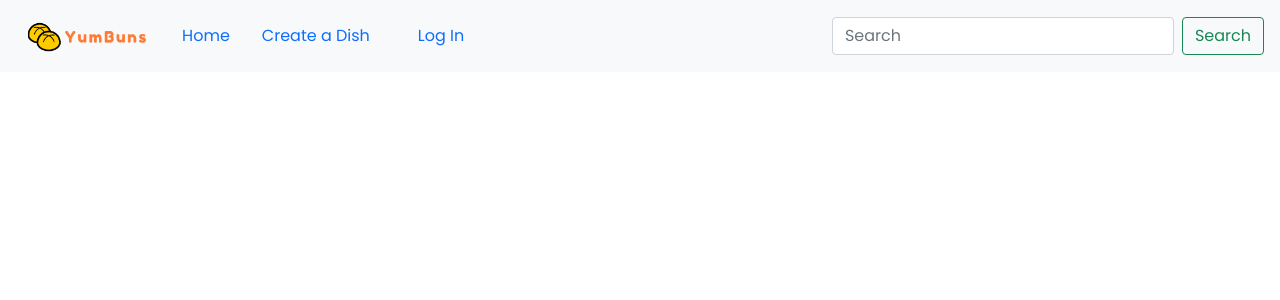
Repository: mottad14/yumBuns
Page: /login (app in client/)
These files come from the project's save history. The page is drawn as it stood at one moment and after the next save; the edit follows.
The browser window is 1280 px wide. The pictures show the whole page.
Some web fonts or font styles are not loaded; a fallback is used. The project was rebuilt for these pictures with package versions that can differ from the ones it lists, and the page was loaded fresh each time. Also part of the build but not shown: client/src/components/RecipePreview.js, client/src/views/Main.js, client/src/views/Create.js, client/src/views/Recipe.js, client/src/components/SubscribePop.css, client/src/components/SignUp.jsx, client/src/components/SubscribePop.js.

Above is the page before, as saved 2022-07-29 10:25:23.

### client/public/index.html
<!DOCTYPE html>
<html lang="en">
  <head>
    <meta charset="utf-8" />
    <link rel="icon" href="%PUBLIC_URL%/favicon.ico" />
    <meta name="viewport" content="width=device-width, initial-scale=1" />
    <meta name="theme-color" content="#000000" />
    <meta
      name="description"
      content="Web site created using create-react-app"
    />
    <!--
      Notice the use of %PUBLIC_URL% in the tags above.
      It will be replaced with the URL of the `public` folder during the build.
      Only files inside the `public` folder can be referenced from the HTML.

      Unlike "/favicon.ico" or "favicon.ico", "%PUBLIC_URL%/favicon.ico" will
      work correctly both with client-side routing and a non-root public URL.
      Learn how to configure a non-root public URL by running `npm run build`.
    -->
    <title>Yumbuns</title>
  </head>
  <body>
    <noscript>You need to enable JavaScript to run this app.</noscript>
    <div id="root"></div>
    <!--
      This HTML file is a template.
      If you open it directly in the browser, you will see an empty page.

      You can add webfonts, meta tags, or analytics to this file.
      The build step will place the bundled scripts into the <body> tag.

      To begin the development, run `npm start` or `yarn start`.
      To create a production bundle, use `npm run build` or `yarn build`.
    -->
  </body>
</html>

### client/src/index.js
import React from 'react';
import ReactDOM from 'react-dom';
import './index.css';
import App from './App';
import reportWebVitals from './reportWebVitals';
import {BrowserRouter} from "react-router-dom";

ReactDOM.render(
    <React.StrictMode>
      <BrowserRouter>
            <App />
      </BrowserRouter>
    </React.StrictMode>,
    document.getElementById('root')
);



// If you want to start measuring performance in your app, pass a function
// to log results (for example: reportWebVitals(console.log))
// or send to an analytics endpoint. Learn more: https://bit.ly/CRA-vitals
reportWebVitals();

### client/src/App.js
import React from 'react';
import 'bootstrap/dist/css/bootstrap.min.css';
import {Switch, Route} from "react-router-dom";
import './App.css';
import NavBar from './components/NavBar';
import Main from './views/Main';
import Create from './views/Create';
import Recipe from './views/Recipe';
import SubscribePop from './components/SubscribePop';
import {useState, useEffect} from 'react'
import { AuthContextProvider } from "./contexts/AuthContext";


function App() {
  const [buttonPopup, setButtonPopup] = useState(false);
  const [timedPopup, setTimedPopup] = useState (false);

  useEffect(() => {
    setTimeout(() => {
      setTimedPopup(true)
    }, 45000)
  }, [])


  return (

    <div className="App">
      <div className="">
          <NavBar/>
          <AuthContextProvider>
              <Switch>
                <Route exact path="/">
                  <Main/>
                </Route>

                <Route path="/view/single/:_id">
                  <Recipe/>
                </Route>

                <Route exact path="/create">
                  <Create/>
                </Route>
              </Switch>

              <SubscribePop trigger={buttonPopup} setTrigger={setButtonPopup}>
                <h3>This is my Pop Up</h3>
              </SubscribePop>

              <SubscribePop trigger={timedPopup} setTrigger={setTimedPopup}>
              </SubscribePop>
          </AuthContextProvider>


       </div>
    </div>
  );
}

export default App;

### client/src/App.css
@import url('https://fonts.googleapis.com/css2?family=BIZ+UDGothic&family=Poppins&display=swap');

.App {
  font-family: 'BIZ UDGothic', sans-serif;
  font-family: 'Poppins', sans-serif;
  z-index: 1;
  text-align: center;
}

.recipePreview{
  border: 3px solid rgb(177, 177, 177);
  min-height: 300px;
  width: 250px;
  background-color: rgb(254, 194, 10);
  border-left-style: dotted;
  border-right-style: dotted;
  border-radius: 10%;

}

.recipePreview > img{
  width: 95%;
  border-radius: 10%;
}
.recipePreview >div{
  align-items: center;

}

.Logo{
  margin-left: 10px;
  height: 30px;
}

.sticky{
  position: sticky;
  top: 0;
  z-index: 999;
  background-color: rgb(254, 194, 10);
  border: 2px solid black;
  border-radius: 25px;
}

.thumbnailBox > img{
  height: 40px;
}

.thumbnailBox > img:hover{
  height: 125px;
}

### client/src/components/NavBar.js
import React from "react";
import { Link } from "react-router-dom"
import Nav from 'react-bootstrap/Nav';
import YumBuns from "../imgs/YumBunsLogo.png"

const NavBar = (props) => {
    return(
            <nav className="navbar navbar-expand-lg bg-light mb-3">
                <Link className="navbar-brand mx-3" to="/">  <img className="Logo" src={YumBuns} alt="Logo" /> </Link>

                <div className="collapse navbar-collapse" id="navbarSupportedContent">
                <ul className="navbar-nav me-auto mb-2 mb-lg-0">
                    <li className="nav-item">
                    <Nav.Link> <Link className="nav-link active" aria-current="page" to="/">Home</Link> </Nav.Link>
                    </li>
                    <li className="nav-item">
                    <Nav.Link> <Link className="nav-link" to="/create">Create a Dish</Link> </Nav.Link>
                    </li>
                    <li className="nav-item">
                    <Nav.Link> <Link className="nav-link d-flex mx-3" to="/login"> Log In</Link> </Nav.Link>
                    </li>
                </ul>
                <form className="d-flex mx-3" role="search">
                    <input className="form-control me-2" type="search" placeholder="Search" aria-label="Search" />
                    <button className="btn btn-outline-success" type="submit">Search</button>
                </form>
            </div>
            </nav>
    )
}

export default NavBar;

### client/src/contexts/AuthContext.js
import { createContext, useContext, useEffect, useState } from "react";
import {createUserWithEmailAndPassword,
    signInWithEmailAndPassword,
    signOut,
    onAuthStateChanged}
    from "firebase/auth"
import { auth } from "../firebase";

const UserContext = createContext();

export const AuthContextProvider = ({children}) => {
    const [user, setUser] = useState({})

    const createUser = (email, password) => {
        return (createUserWithEmailAndPassword(auth, email, password))
    }

    const signIn = (email, password) => {
        return signInWithEmailAndPassword(auth, email, password)
    }

    const logout = () =>{
        return signOut(auth);
    }

    useEffect (() => {
        const unsubscribe = onAuthStateChanged(auth, (currentUser) => {
            console.log(currentUser)
            setUser(currentUser)
        })
        return (() => {
            unsubscribe()
        })
    }, [])

    return (
        <UserContext.Provider value={{ createUser, user, signIn, logout }}>
            {children}
        </UserContext.Provider>
    )
}

export const UserAuth = () =>{
    return useContext(UserContext)
}

### client/src/firebase.js
// Import the functions you need from the SDKs you need
import { initializeApp } from "firebase/app";
import { getAuth } from "firebase/auth";
// TODO: Add SDKs for Firebase products that you want to use
// https://firebase.google.com/docs/web/setup#available-libraries

// Your web app's Firebase configuration
console.log(`The current api key is: ${process.env.REACT_APP_FIREBASE_API_KEY}`)
const firebaseConfig = {
  apiKey: process.env.REACT_APP_FIREBASE_API_KEY,
  authDomain: process.env.REACT_APP_FIREBASE_AUTH_DOMAIN,
  projectId: process.env.REACT_APP_FIREBASE_PROJECT_ID,
  storageBucket: process.env.REACT_APP_FIREBASE_STORAGE_BUCKET,
  messagingSenderId: process.env.REACT_APP_FIREBASE_MESSAGING_SENDER_ID,
  appId: process.env.REACT_APP_FIREBASE_APP_ID,
  measurementId: process.env.REACT_APP_FIREBASE_MEASUREMENT_ID
};

// Initialize Firebase
const app = initializeApp(firebaseConfig);
export const auth = getAuth(app);
export default app;

Loaded but not shown: client/src/index.css (common file); client/src/reportWebVitals.js (common file)

After the next save:
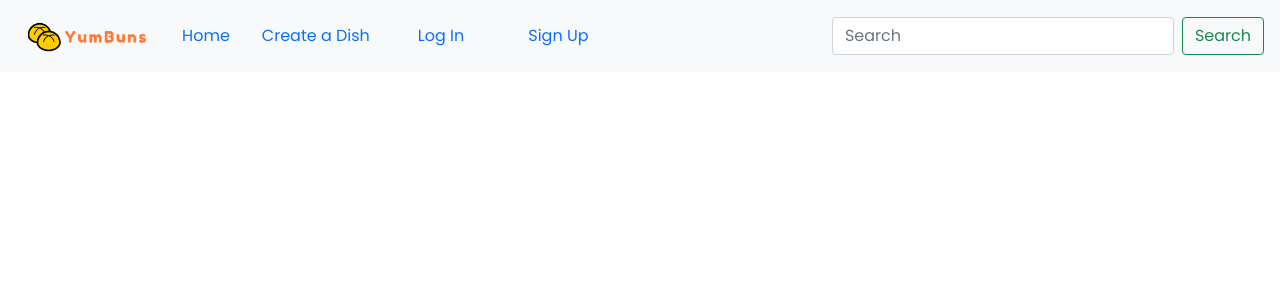
Saved 35 s later.
--- a/client/src/components/NavBar.js
+++ b/client/src/components/NavBar.js
@@ -19,6 +19,9 @@ const NavBar = (props) => {
                     <li className="nav-item">
                     <Nav.Link> <Link className="nav-link d-flex mx-3" to="/login"> Log In</Link> </Nav.Link>
                     </li>
+                    <li className="nav-item">
+                    <Nav.Link> <Link className="nav-link d-flex mx-3" to="/signUp"> Sign Up</Link> </Nav.Link>
+                    </li>
                 </ul>
                 <form className="d-flex mx-3" role="search">
                     <input className="form-control me-2" type="search" placeholder="Search" aria-label="Search" />
